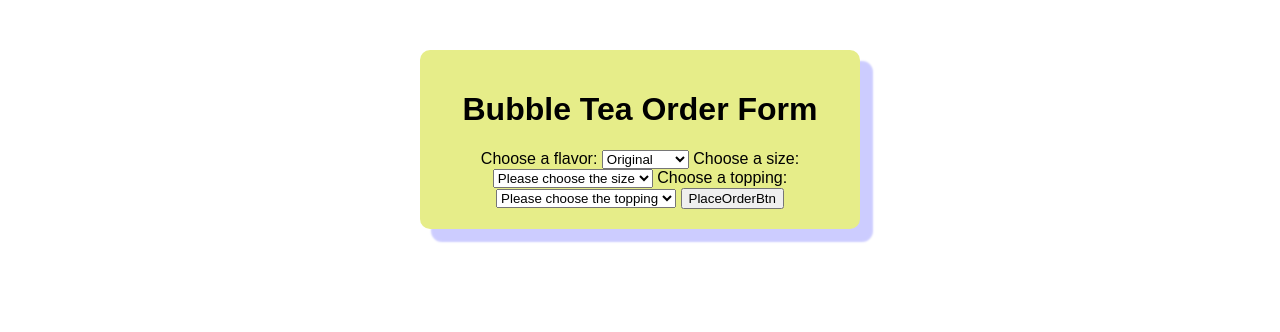
Repository: liulian26/CS5610
Page: lab3/index.html
The author's editor kept a copy of each file at every save. The page is drawn from the files as they stood at one save, then again after the next save.
The browser window is 1280 px wide. The pictures show the whole page.

Above is the page before, as saved 2025-01-30 20:25:19.

After the next save:
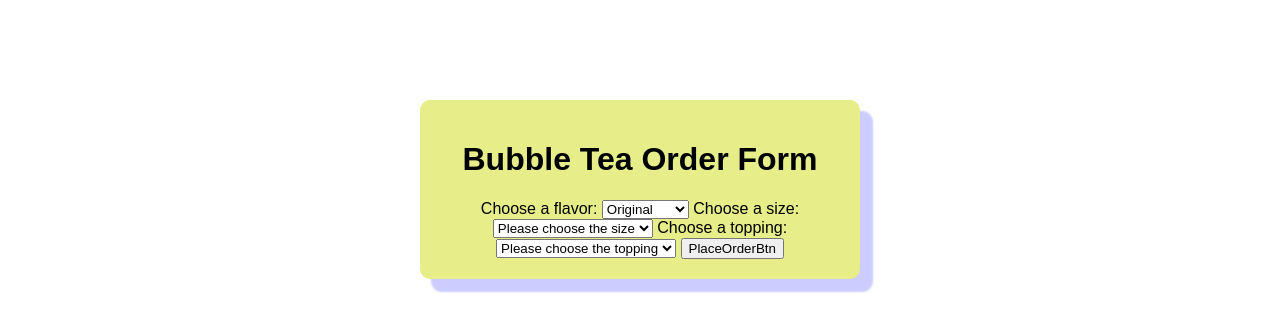
Saved 26 s later.
--- a/lab3/css/styles.css
+++ b/lab3/css/styles.css
@@ -10,6 +10,6 @@ form{
     border-radius: 10px;
     box-shadow: 12px 12px 2px 1px rgba(0, 0, 255, .2);
     padding: 20px;
-    margin: 50px auto;
+    margin: 100px auto;
 
 }
